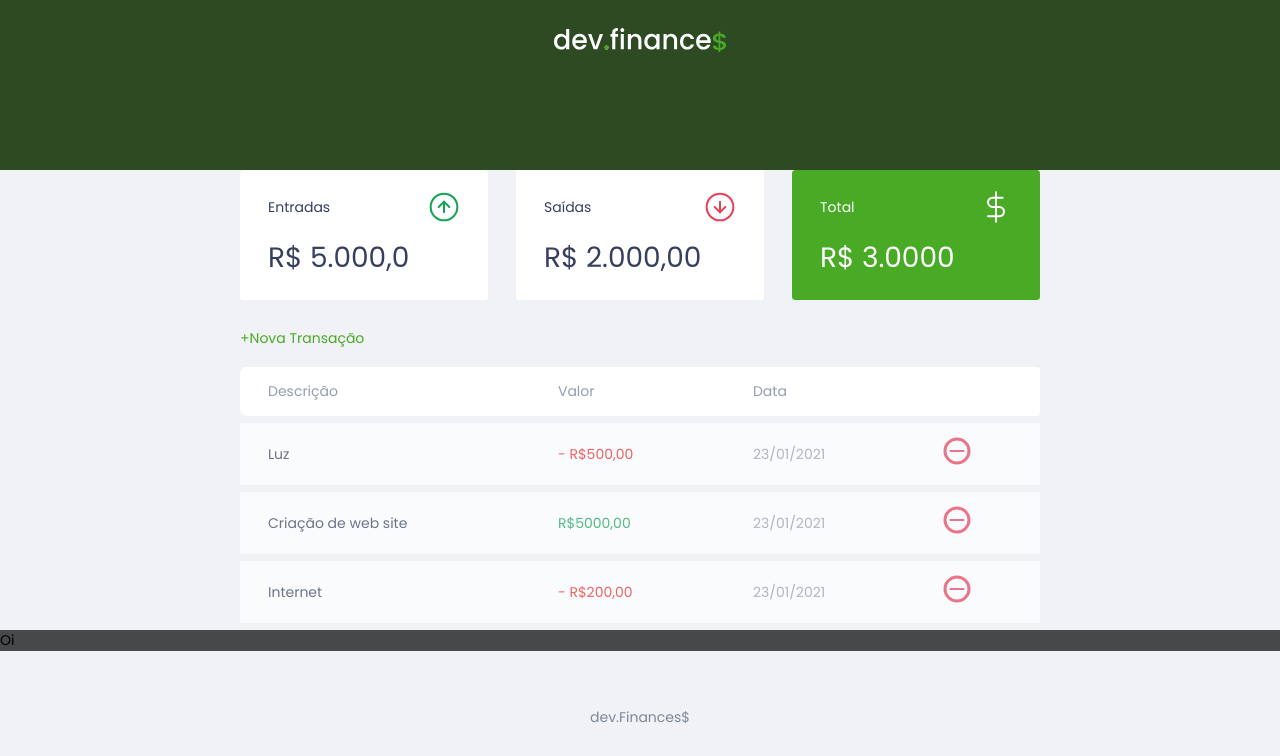
Repository: rafaelmgr12/maratona-dev01
Page: index.html
An editor plug-in stored every save of this project. The page is shown before and after the next save, followed by the edit.
The browser window is 1280 px wide. The pictures show the whole page.

Above is the page before, as saved 2021-04-28 11:09:44.

After the next save:
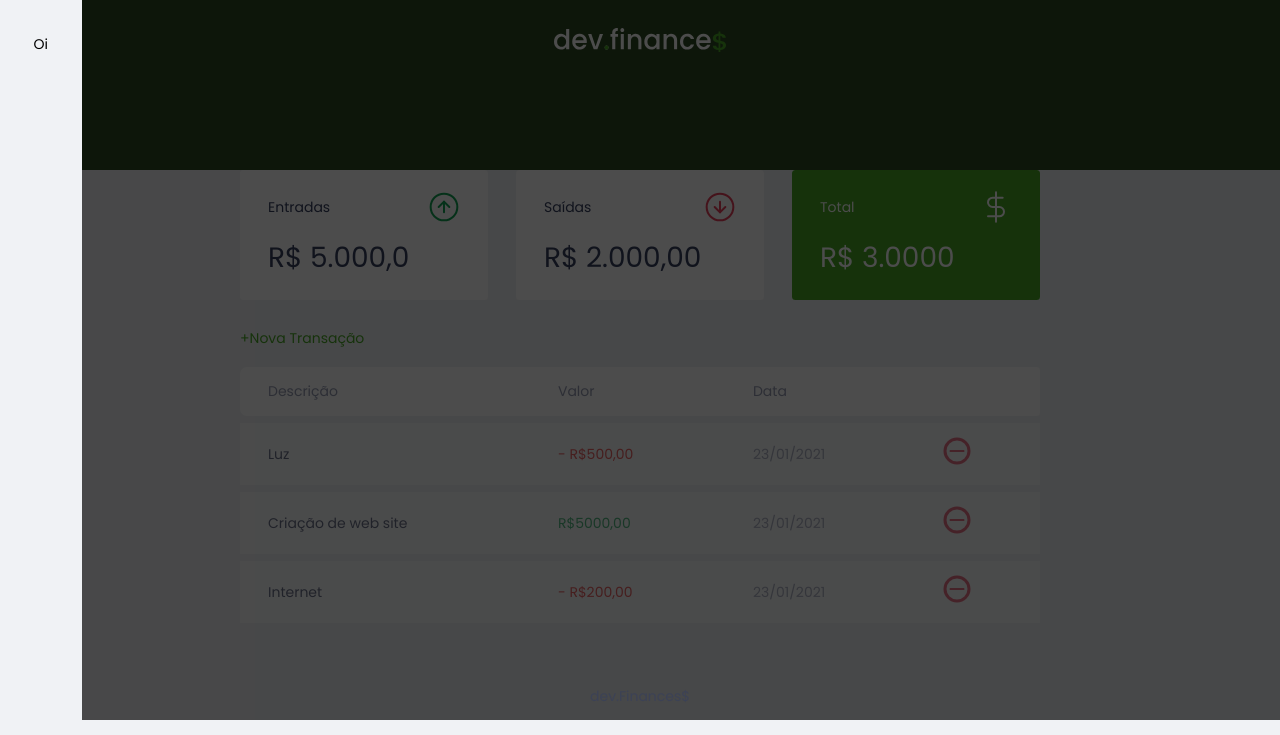
Saved 5 min 32 s later.
--- a/style.css
+++ b/style.css
@@ -171,6 +171,16 @@ td.expense {
   height: 100%;
 
   background-color: rgb(0,0,0,0.7);
+  position: fixed;
+  top: 0;
+
+  display:flex
+}
+.modal{
+  background : #f0f2f5;
+  padding : 2.4rem;
+  position: relative;
+
 
 }
 
